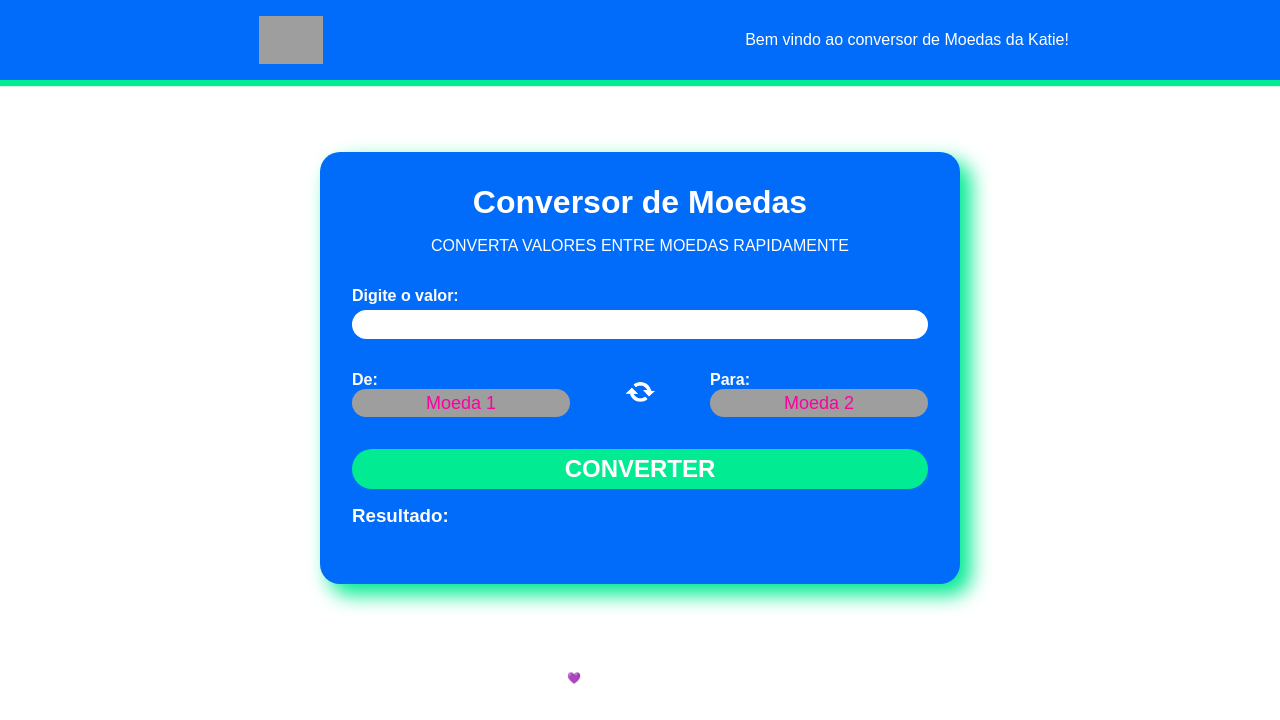
Repository: willamesalmeida/Conversor-de-Moedas
Page: index.html
The author's editor kept a copy of each file at every save. The page is drawn from the files as they stood at one save, then again after the next save.
The browser window is 1280 px wide. The pictures show the whole page.
Pictures or frames that could not be fetched are drawn as grey boxes.

Above is the page before, as saved 2022-08-07 19:19:54.

After the next save:
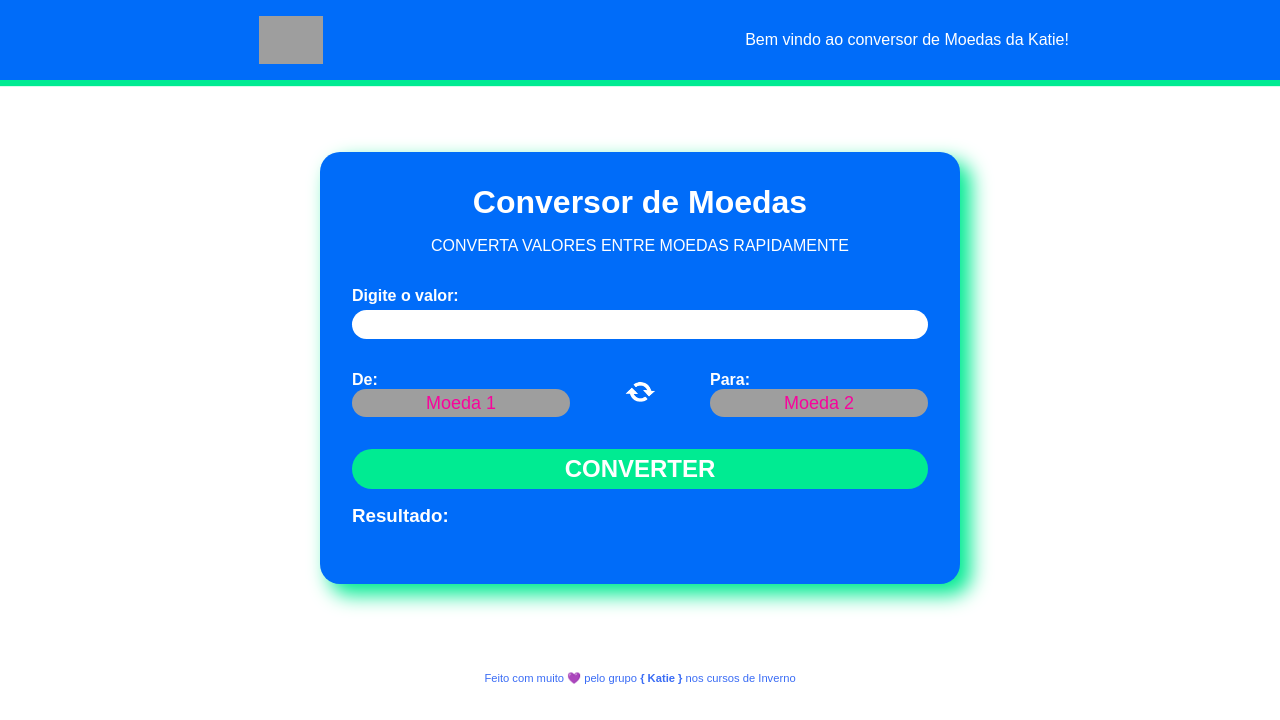
Saved 3 s later.
--- a/global.css
+++ b/global.css
@@ -6,9 +6,9 @@
   --branco:  #ffffff;
   --grey2: #EBEBF3;
   --cinza-katie: #1f1f24;
+  --blue: #3A6CF5;
   /*
   --red:#FF0000;
-  --blue: #3A6CF5;
   --gray:#E8E8E8;
   --greendark:#007560;
   --greenlight:#27EDC4;
